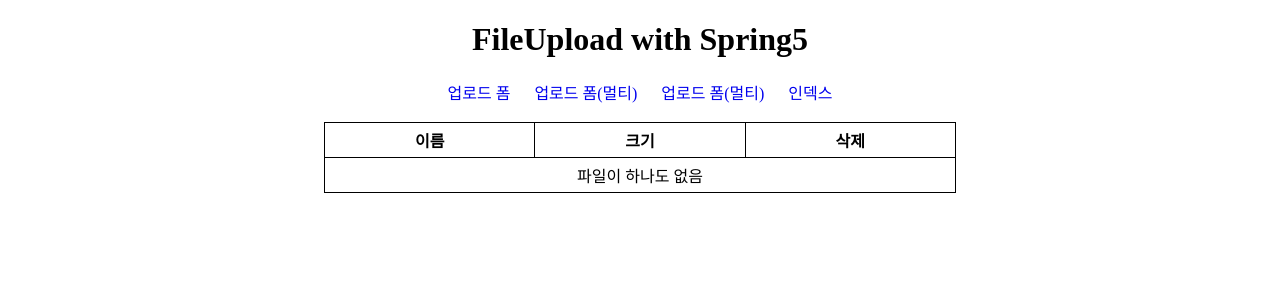
Repository: betweenhj702/Spring-practice-in-bit
Page: http://localhost/Sp03/WEB-INF/views/file/list.jsp
These files come from the project's save history. The page is drawn as it stood at one moment and after the next save; the edit follows.
The browser window is 1280 px wide. The pictures show the whole page.
The page is served by Tomcat 9. Nobody is signed in. Other server files are loaded and not shown. The template is opened directly, without the code that normally fills it, so the values that code supplies are empty.

Above is the page before, as saved 2021-01-26 03:11:47.

### workspace/Sp03/src/main/webapp/WEB-INF/views/file/list.jsp
<%@ page contentType="text/html; charset=utf-8" %>
<%@ taglib uri="http://java.sun.com/jsp/jstl/core" prefix="c" %>

<!DOCTYPE html>
<html>
	<head>
		<meta charset="UTF-8">
		<title>list.jsp</title>
		<style>
			a{text-decoration:none}
		    table{
		        width:50%
		    }
			table,th,td {
			  border : 1px solid black;
			  border-collapse: collapse;
			}
			th,td {
			  padding: 5px;
			}
		</style>
	</head>
	<body style="text-align:center">
	    <h1>FileUpload with Spring5</h1>
	    <a href="form.do">업로드 폼</a>
	    &nbsp;&nbsp;&nbsp;&nbsp;
	    <a href="form_mt.do">업로드 폼(멀티)</a>
	    &nbsp;&nbsp;&nbsp;&nbsp;
	    <a href="form_dd.do">업로드 폼(멀티)</a>
	     &nbsp;&nbsp;&nbsp;&nbsp;
	    <a href="../">인덱스</a>
	    <br/><br/>

	    <center>
	    <table>
	        <tr>
	           <th>이름</th>
	           <th>크기</th>
	           <th>삭제</th>
	        </tr>
			   <c:if test="${empty files}">
	           <tr>
	              <td align="center" colspan="3">파일이 하나도 없음</td>
	           </tr>
               </c:if>
               <c:forEach items="${files}" var="file">
	           <tr>
	             <td align="center">
	               <a href="download.do?fname=${file.name}">${file.name}</a>
	             </td>
	             <td align="center">${file.length()}</td>
	             <td align="center">
	               <a href="del.do?fname=${file.name}">삭제</a>
	             </td>
	          </tr>
              </c:forEach>
	    </table>
	    </center>
	</body>
</html>

After the next save:
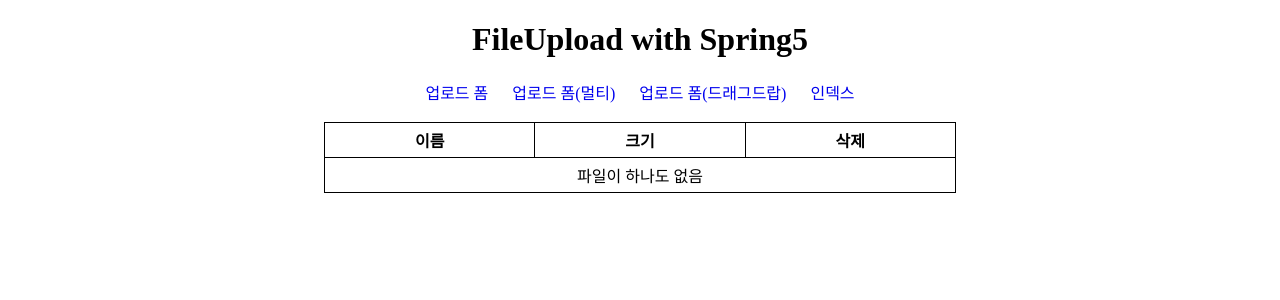
Saved 7 s later.
--- a/workspace/Sp03/src/main/webapp/WEB-INF/views/file/list.jsp
+++ b/workspace/Sp03/src/main/webapp/WEB-INF/views/file/list.jsp
@@ -26,7 +26,7 @@
 	    &nbsp;&nbsp;&nbsp;&nbsp;
 	    <a href="form_mt.do">업로드 폼(멀티)</a>
 	    &nbsp;&nbsp;&nbsp;&nbsp;
-	    <a href="form_dd.do">업로드 폼(멀티)</a>
+	    <a href="form_dd.do">업로드 폼(드래그드랍)</a>
 	     &nbsp;&nbsp;&nbsp;&nbsp;
 	    <a href="../">인덱스</a>
 	    <br/><br/>
